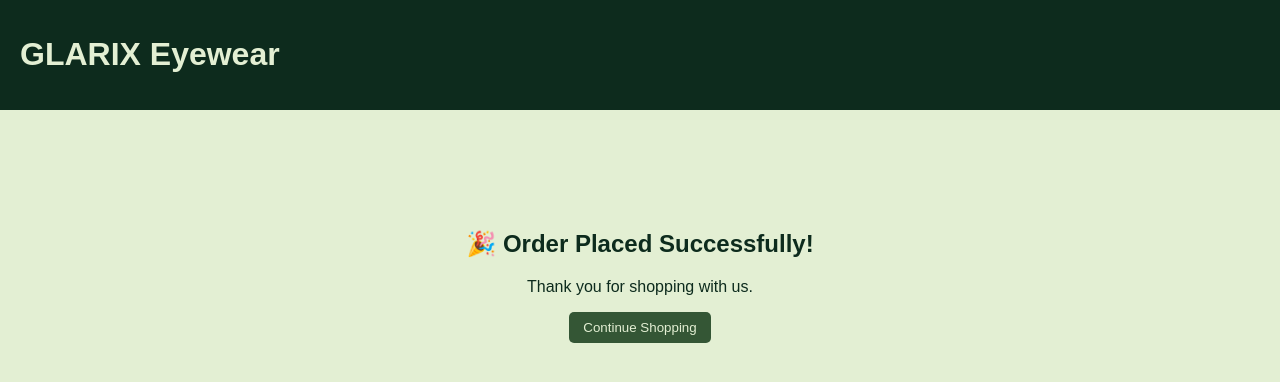
Repository: Tushal27/glarix-eyewear
Page: order.html
An editor plug-in stored every save of this project. The page is shown before and after the next save, followed by the edit.
The browser window is 1280 px wide. The pictures show the whole page.

Above is the page before, as saved 2026-02-17 20:47:25.

After the next save:
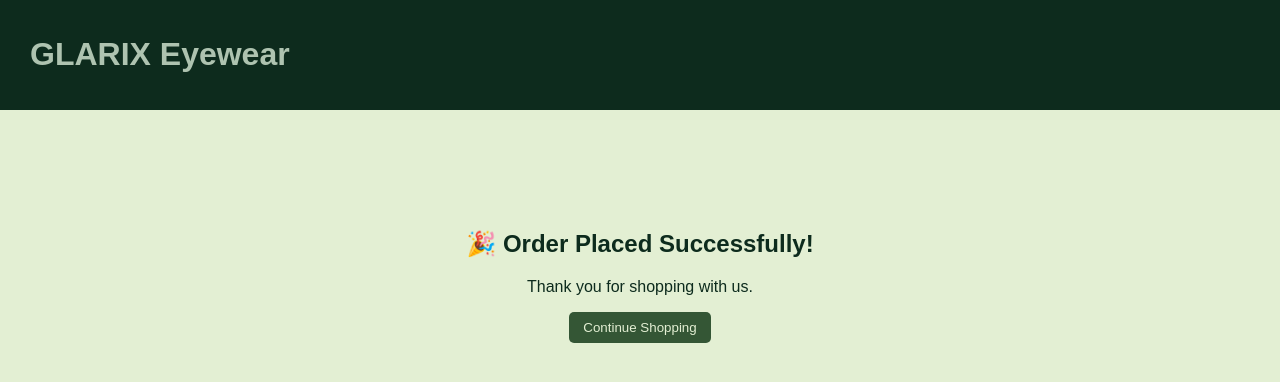
Saved 59 s later.
--- a/order.html
+++ b/order.html
@@ -9,7 +9,7 @@
 <body>
 
   <header class="header">
-    <h1>GLARIX Eyewear</h1>
+    <a href="index.html"><h1>GLARIX Eyewear</h1></a>
   </header>
 
   <main class="order-success">
